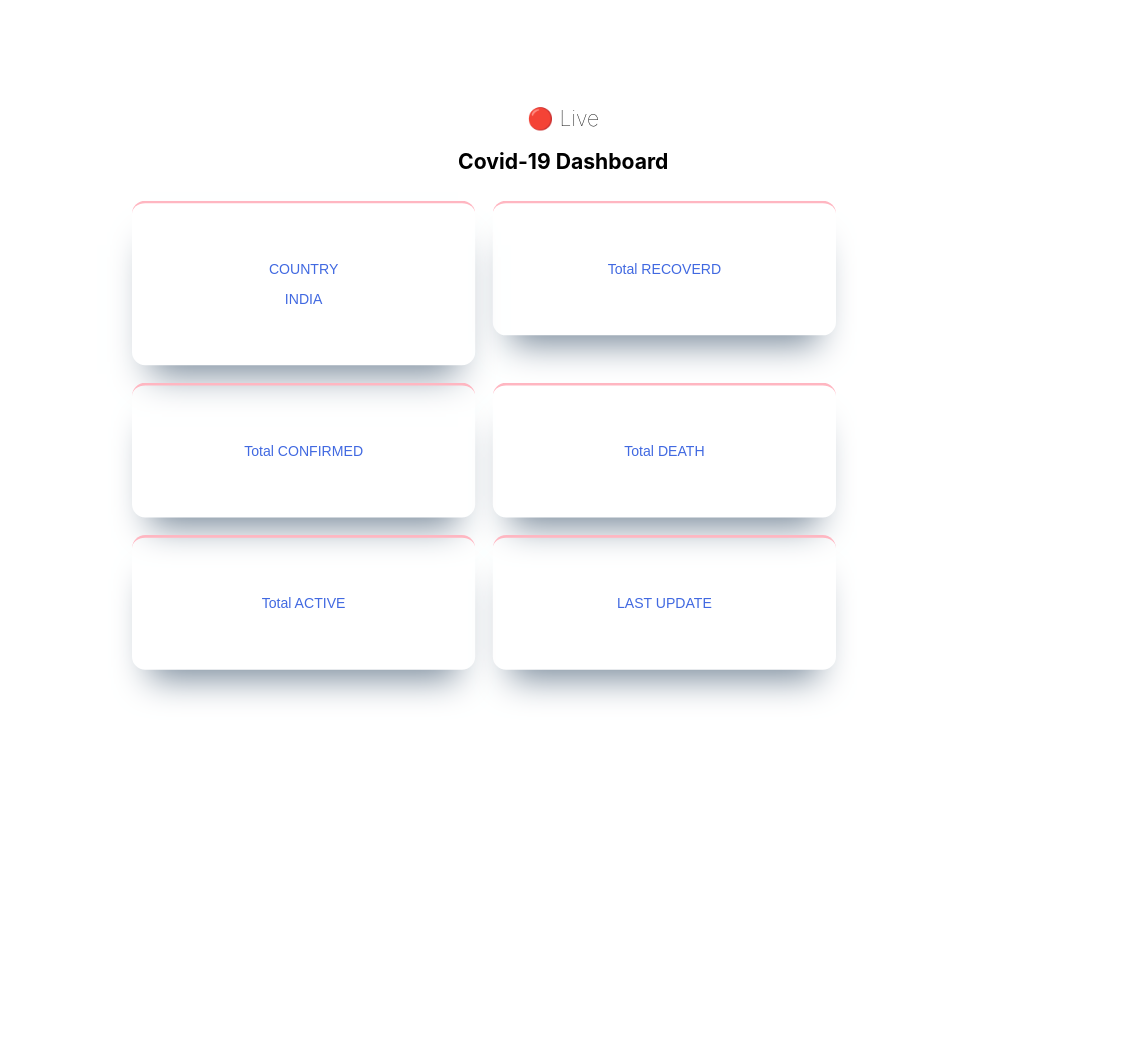
Repository: Aniketlamage/covid19-dashboard
Page: /
These files come from the project's save history. The page is drawn as it stood at one moment and after the next save; the edit follows.
The browser window is 1280 px wide. The pictures show the whole page, at 88% of full size.
The page's requests for data from a server got no answer. The project was rebuilt for these pictures with package versions that can differ from the ones it lists, and the page was loaded fresh each time. No one was signed in, and anything a server would have sent is missing.

Above is the page before, as saved 2021-09-30 21:31:01.

### src/App.js
import React from 'react'
import Covid from './components/covid';
const App = () => {
return(
<>
<Covid />
</>
)
}

export default App;

### src/components/covid.js
import React, { useEffect, useState } from 'react'
import "./covid.css"

const Covid = () => {
    const [data, setData] =  useState([]);
    const getCovidData = async () =>{
        try{
            const res = await fetch('https://data.covid19india.org/data.json')
            const actualData = await res.json();
            console.log(actualData.statewise[0]);
            setData(actualData.statewise[0]);
           }
        catch(err){console.log(err);}
    }

    useEffect(() => {
        getCovidData ();
    }, []);
return(

<>
<section>

    <h1>🔴 Live </h1>
    <h2>Covid-19 Dashboard</h2>

<ul>
    <li className = "card">
        <div className ="card__main">
            <div className ="card__inner">
                <p className="card__name"> COUNTRY </p>
                <p classname="card__total card__small">INDIA</p>
            </div>
        </div>
    </li>
    <li className = "card">
        <div className ="card__main">
            <div className ="card__inner">
                <p className="card__name"><span> Total </span> RECOVERD </p>
                <p classname="card__total card__small">{data.recovered}</p>
            </div>
        </div>
    </li><li className = "card">
        <div className ="card__main">
            <div className ="card__inner">
                <p className="card__name"><span> Total </span> CONFIRMED </p>
                <p classname="card__total card__small">{data.confirmed}</p>
            </div>
        </div>
    </li><li className = "card">
        <div className ="card__main">
            <div className ="card__inner">
                <p className="card__name"><span> Total </span> DEATH </p>
                <p classname="card__total card__small">{data.deaths}</p>
            </div>
        </div>
    </li><li className = "card">
        <div className ="card__main">
            <div className ="card__inner">
                <p className="card__name"><span> Total </span> ACTIVE </p>
                <p classname="card__total card__small">{data.active}</p>
            </div>
        </div>
    </li><li className = "card">
        <div className ="card__main">
            <div className ="card__inner">
                <p className="card__name"><span> LAST </span> UPDATE </p>
                <p classname="card__total card__small">{ data.lastupdatedtime}</p>
            </div>
        </div>
    </li>
</ul>
</section>
</>

)

}
export default Covid;

### src/components/covid.css


.main,body {
    background-color: white;
    padding: 100px;
    text-align: center;
    min-height: 100ch;
    align-items: center;

}

h1{
    font-weight: 100;
}

p {
    color: royalblue;
    font-weight: 500;
    font: 1em sans-serif;
    font-family: 'Poppins', sans-serif;

}

ul{
    list-style-type:none;
    display: flex;
    flex-wrap: wrap;
}
div.card__main{
    /*background-color: white;*/

    border-radius: 15px;
    border-top: lightpink solid;
    width: 290px;
    padding: 50px;
    margin: 10px;
    align-items: center;
    cursor: pointer;
    box-shadow: 0px 30px 40px -20px lightslategray;
 }



.card_name{
    font-size: 25px;
    font-weight: bold;
}

.card_name span {
    font-size: 15px;
}

.card_total {

    font-size: 20px;
    font-weight: bold;

}
.card__small {
    font-size: 80px;
}
@media (max-width: 500px)
{
    .card_total{font-size: 70px;}
}
@media (max-width: 500px)
{
    .card{
        width: 100%;
        height: 290px;
        margin-right: 0;
        float: none;
    }
    .card .card__inner,
    .card .card__back{
        height: 290px;
    }
}

.card {
    transition: transform .3s;
  }

  .card :hover {
    transition: transform .3s;
    -ms-transform: scale(1.2);
    -webkit-transform: scale(1.2);
    transform: scale(1.2);
  }

Loaded but not shown: public/index.html (common file); src/index.js (common file); src/index.css (common file); src/reportWebVitals.js (common file)

After the next save:
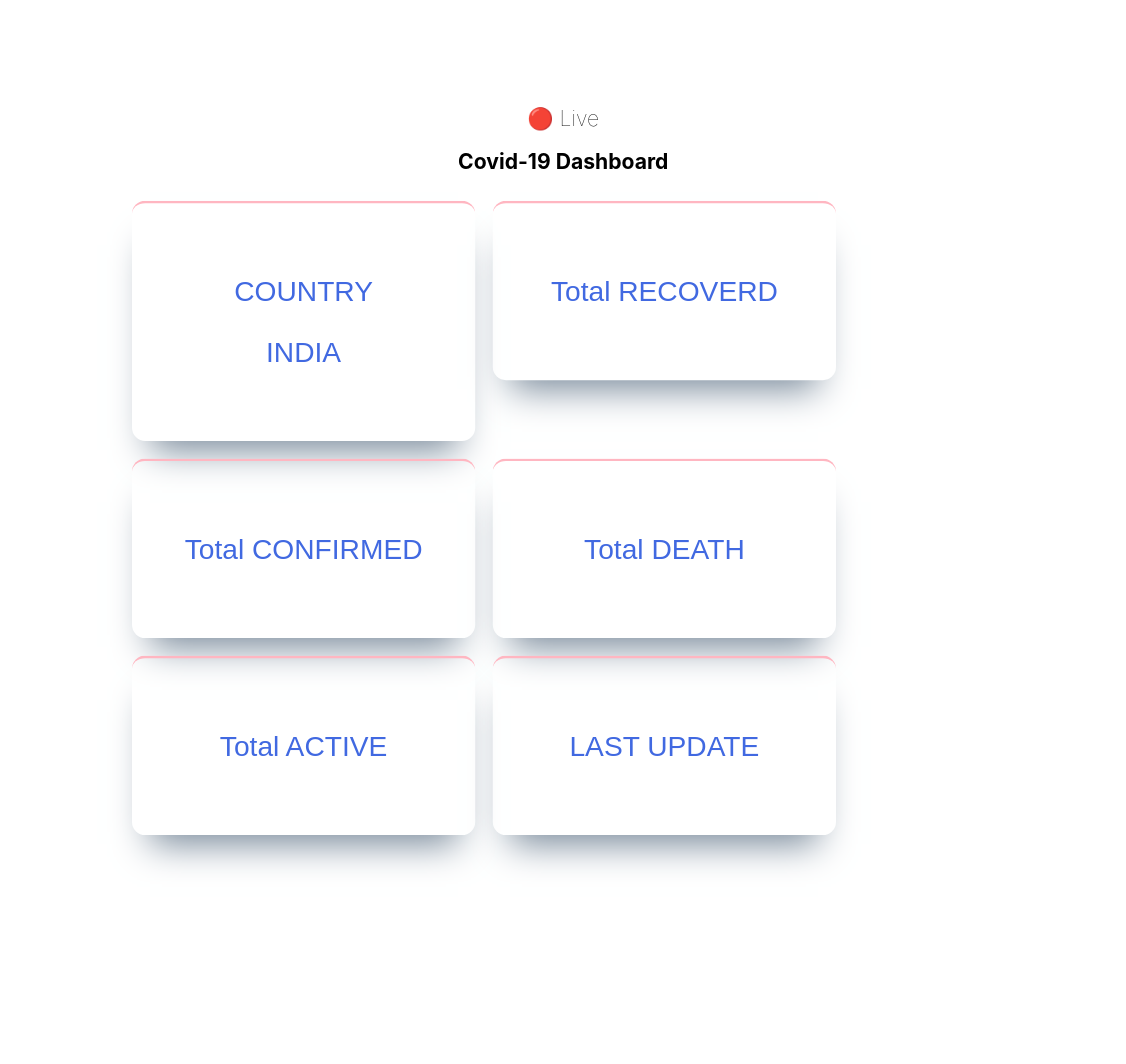
Saved 14 s later.
--- a/src/components/covid.css
+++ b/src/components/covid.css
@@ -16,7 +16,7 @@ h1{
 p {
     color: royalblue;
     font-weight: 500;
-    font: 1em sans-serif;
+    font: 2em sans-serif;
     font-family: 'Poppins', sans-serif;
 
 }
